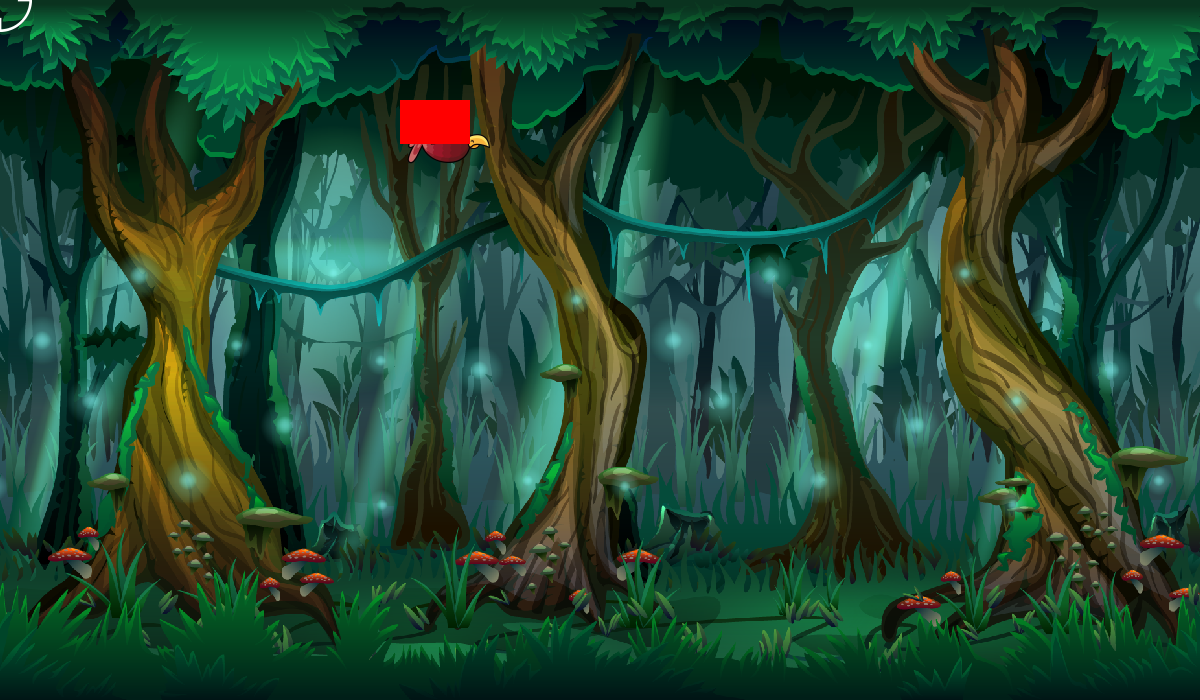
Repository: mys-pro/demo_shooting_bird_vision
Script's output: python main.py
These files come from the project's save history. The script's output is drawn as it stood at one moment and after a run of saves; the edit follows.
The window is shown after at most 60 frames with no key pressed. Random numbers start from a fixed seed. It also reads assets/images/backgrounds/Cartoon_Forest_BG_01.png, assets/images/backgrounds/Cartoon_Forest_BG_02.png, assets/images/backgrounds/Cartoon_Forest_BG_03.png, assets/images/backgrounds/Cartoon_Forest_BG_04.png, assets/images/birds/bird1/b-1.png, assets/images/birds/bird1/b-2.png, assets/images/birds/bird1/b-3.png, assets/images/birds/bird1/b-4.png, assets/images/icon.png, assets/images/viewfinder.png.

Above is the script's output before, as saved 2024-06-16 18:05:37.

### main.py
import pygame
import os
import random
import sys

# Khởi tạo pygame
pygame.init()
pygame.display.set_caption("Shooting Bird")
icon = pygame.image.load('assets/images/icon.png')
pygame.display.set_icon(icon)

SCREEN_WIDTH, SCREEN_HEIGHT = 1200, 700
FPS = 60
SCREEN = pygame.display.set_mode((SCREEN_WIDTH, SCREEN_HEIGHT))

# Xử lý ống ngắm
class viewFinder:
    def __init__ (self):
        pygame.event.set_grab(True)
        pygame.mouse.set_visible(False)
        self.image = pygame.image.load('assets/images/viewfinder.png').convert_alpha()
        self.image_copy = self.image.copy()
        self.image_smaller = pygame.transform.scale(self.image_copy, (self.image_copy.get_width() // 2, self.image_copy.get_height() // 2))
        self.rect = self.image_smaller.get_rect()
        self.rect.center = (SCREEN_WIDTH // 2, SCREEN_HEIGHT // 2)

    def follow_mouse(self):
        self.rect.center = pygame.mouse.get_pos()

    def draw(self, screen):
        screen.blit(self.image, self.image.get_rect(center=self.rect.center).topleft)

# Khởi tạo con chim
class birds:
    def __init__(self, x, y, folder_name, speed, frame_rate):
        self.images = []
        folder_path = os.path.join('assets/images/birds', folder_name)
        for file_name in os.listdir(folder_path):
            full_path = os.path.join(folder_path, file_name)
            if os.path.isfile(full_path):
                self.images.append(pygame.image.load(full_path).convert_alpha())

        self.index = 0
        self.image = self.images[self.index]
        self.image_copy = self.image.copy()
        self.image_smaller = pygame.transform.scale(self.image_copy, (self.image_copy.get_width() - 20, self.image_copy.get_height() - 20))
        self.rect = self.image_smaller.get_rect()
        self.rect.center = (x // 2, y // 2)
        self.rect.x = x
        self.rect.y = y
        self.speed = speed
        self.frame_rate = frame_rate
        self.frame_rate_count = 0

    def update(self):
        self.frame_rate_count += 1

        if self.frame_rate_count >= self.frame_rate:
            self.index += 1
            self.frame_rate_count = 0

        if self.index >= len(self.images) - 1:
            self.index = 0
        self.image = self.images[self.index]

        self.rect.x += self.speed
        if self.rect.x >= SCREEN_WIDTH:
            self.rect.x = 0

    def draw(self, screen):
        screen.blit(self.image, self.rect)
        screen.blit(self.image_smaller, self.rect.topleft)
    def draw_rect(self, screen):
        pygame.draw.rect(screen, (255, 0, 0), self.rect, 0)  # Vẽ hình chữ nhật màu đỏ với độ dày 2 pixel

# Lấy background ngẫu nhiên
def get_background(folder_path, SCREEN_WIDTH, SCREEN_HEIGHT):
    backgrounds = []
    for file_name in os.listdir(folder_path):
        full_path = os.path.join(folder_path, file_name)
        if os.path.isfile(full_path):
             backgrounds.append(pygame.image.load(full_path).convert())

    bg = random.choice(backgrounds)
    bg_width, bg_height = bg.get_size()
    scale_factor = max(SCREEN_WIDTH / bg_width, SCREEN_HEIGHT / bg_height)

    new_width = int(bg_width * scale_factor)
    new_height = int(bg_height * scale_factor)
    bg = pygame.transform.scale(bg, (new_width, new_height))

    bg_x = (SCREEN_WIDTH - new_width) // 2
    bg_y = (SCREEN_HEIGHT - new_height) // 2
    return bg, bg_x, bg_y

explosion_group = pygame.sprite.Group()

# Vẽ hình ảnh
def draw(SCREEN, background, view_finder, bird):
    bg, bg_x, bg_y = background
    SCREEN.blit(bg, (bg_x, bg_y))

    bird.update()
    bird.draw(SCREEN)
    bird.draw_rect(SCREEN)

    view_finder.follow_mouse()
    view_finder.draw(SCREEN)
    pygame.display.update()

def main(SCREEN):
    background = get_background('assets/images/backgrounds/', SCREEN_WIDTH, SCREEN_HEIGHT) # Gọi hàm get_background
    view_finder = viewFinder()
    bird = birds(100, 100, 'bird1', 5, 8)
    running = True
    while running:
        for event in pygame.event.get():
            if event.type == pygame.QUIT or (event.type == pygame.KEYDOWN and event.key == pygame.K_ESCAPE):
                running = False

        draw(SCREEN, background, view_finder, bird)
        pygame.time.Clock().tick(FPS)
    pygame.quit()

if __name__ == "__main__":
    main(SCREEN)

After the next 2 saves:
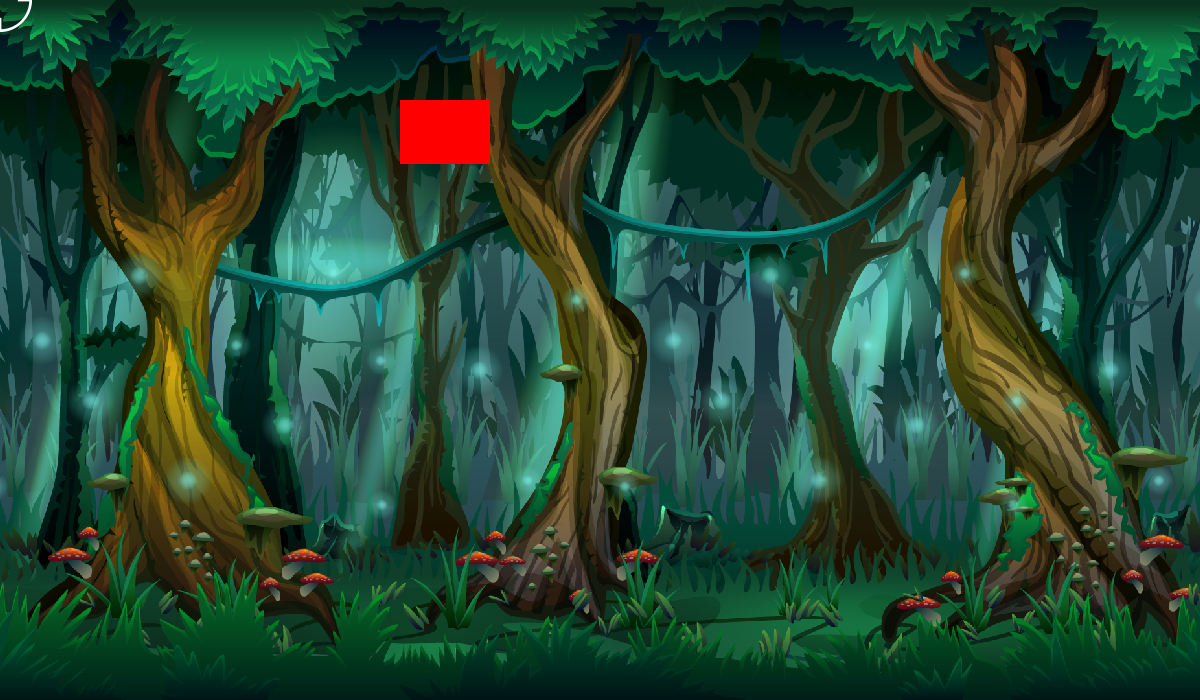
The 2 saves are shown as one change because 1 did not build or start.
The last was saved 64 s later.
--- a/main.py
+++ b/main.py
@@ -42,10 +42,7 @@ class birds:
 
         self.index = 0
         self.image = self.images[self.index]
-        self.image_copy = self.image.copy()
-        self.image_smaller = pygame.transform.scale(self.image_copy, (self.image_copy.get_width() - 20, self.image_copy.get_height() - 20))
-        self.rect = self.image_smaller.get_rect()
-        self.rect.center = (x // 2, y // 2)
+        self.rect = self.image.get_rect()
         self.rect.x = x
         self.rect.y = y
         self.speed = speed
@@ -69,7 +66,7 @@ class birds:
 
     def draw(self, screen):
         screen.blit(self.image, self.rect)
-        screen.blit(self.image_smaller, self.rect.topleft)
+        screen.blit(self.image, self.rect.topleft)
     def draw_rect(self, screen):
         pygame.draw.rect(screen, (255, 0, 0), self.rect, 0)  # Vẽ hình chữ nhật màu đỏ với độ dày 2 pixel
 
